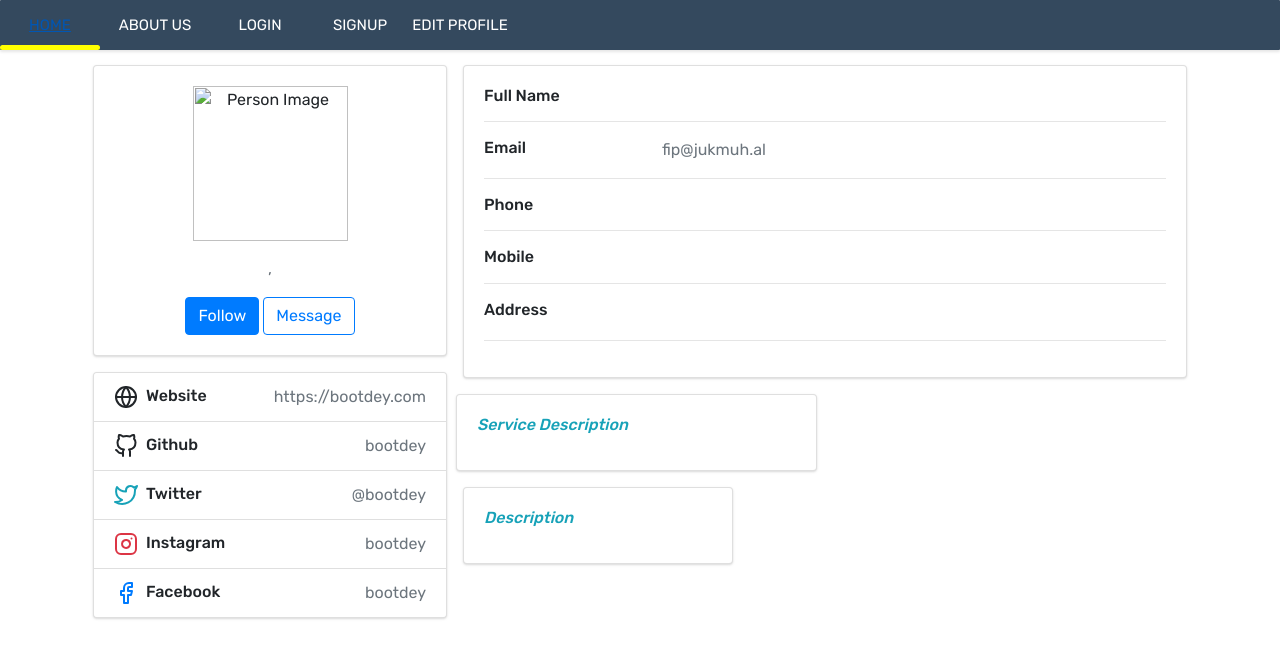
Repository: Chitti-g-k/Paw-Takers
Page: templates/profilepage.html
An editor plug-in stored every save of this project. The page is shown before and after the next save, followed by the edit.
The browser window is 1280 px wide. The pictures show the whole page.
The template is drawn by Django 4.2. The application's start-up code is not run. The template is opened directly, without the code that normally fills it, so the values that code supplies are empty.

Above is the page before, as saved 2023-07-16 08:50:39.

After the next save:
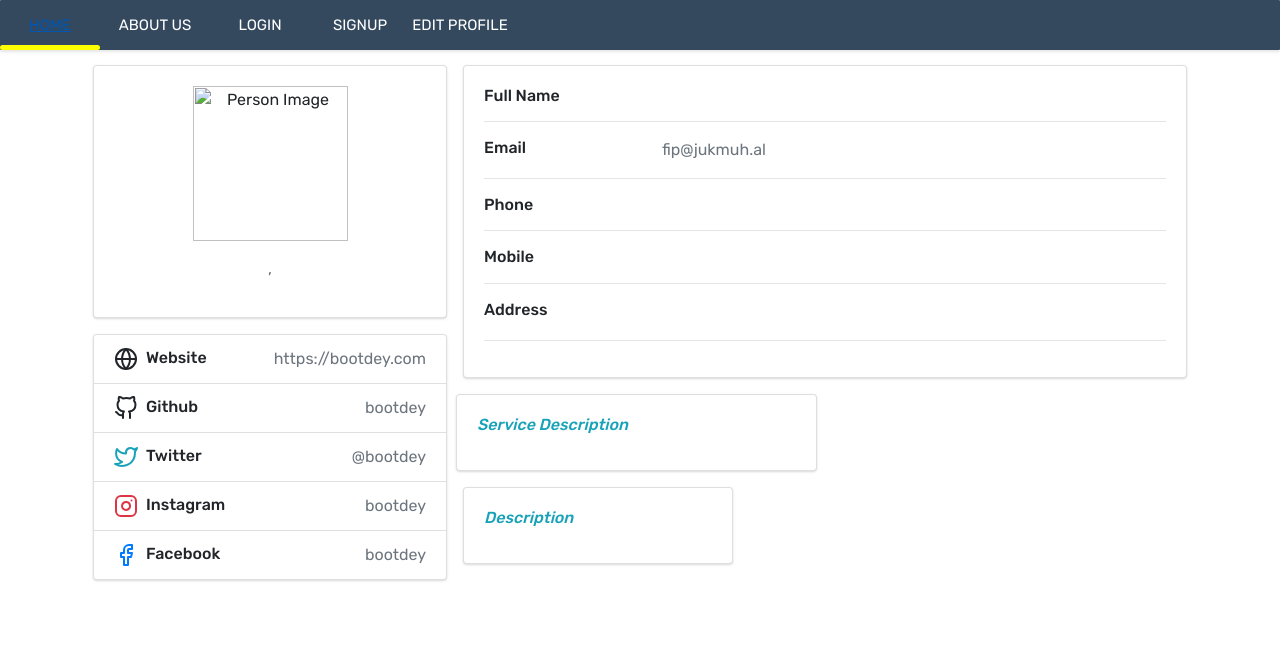
Saved 25 s later.
--- a/templates/profilepage.html
+++ b/templates/profilepage.html
@@ -217,8 +217,7 @@
 
 
                               <p class="text-muted font-size-sm">{{ profile.city }},{{ profile.state }}</p>
-                              <button class="btn btn-primary">Follow</button>
-                              <button class="btn btn-outline-primary">Message</button>
+
                             </div>
                           </div>
                         </div>
